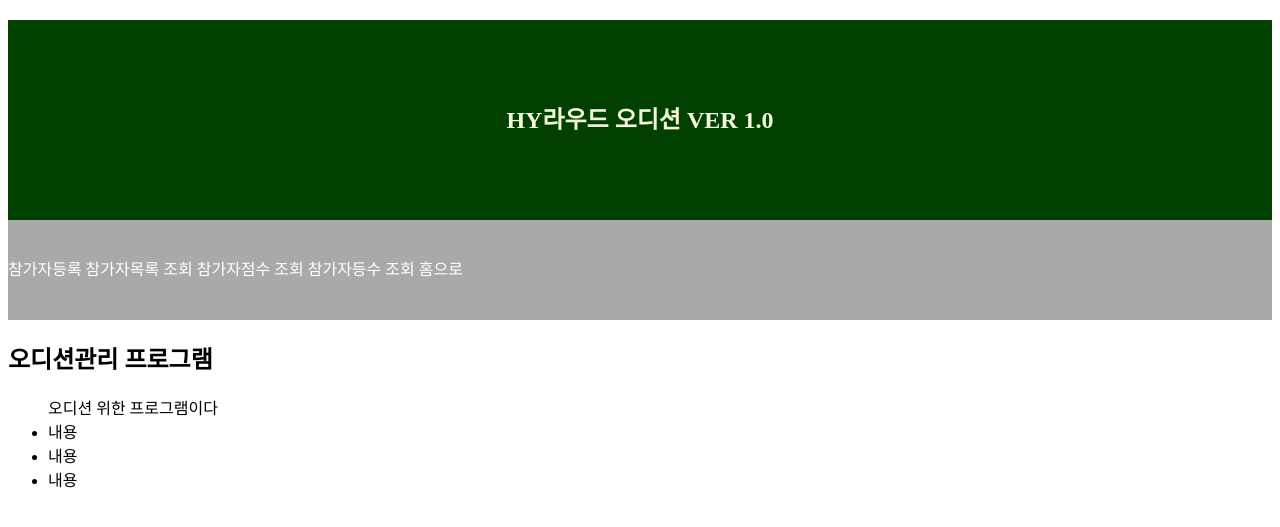
Repository: mvcfvsgdj/javaee
Page: http://localhost/prj0828/HY라우드.jsp
An editor plug-in stored every save of this project. The page is shown before and after the next save, followed by the edit.
The browser window is 1280 px wide. The pictures show the whole page.
The page is served by Tomcat 9.

Above is the page before, as saved 2023-08-28 08:23:24.

After the next save:
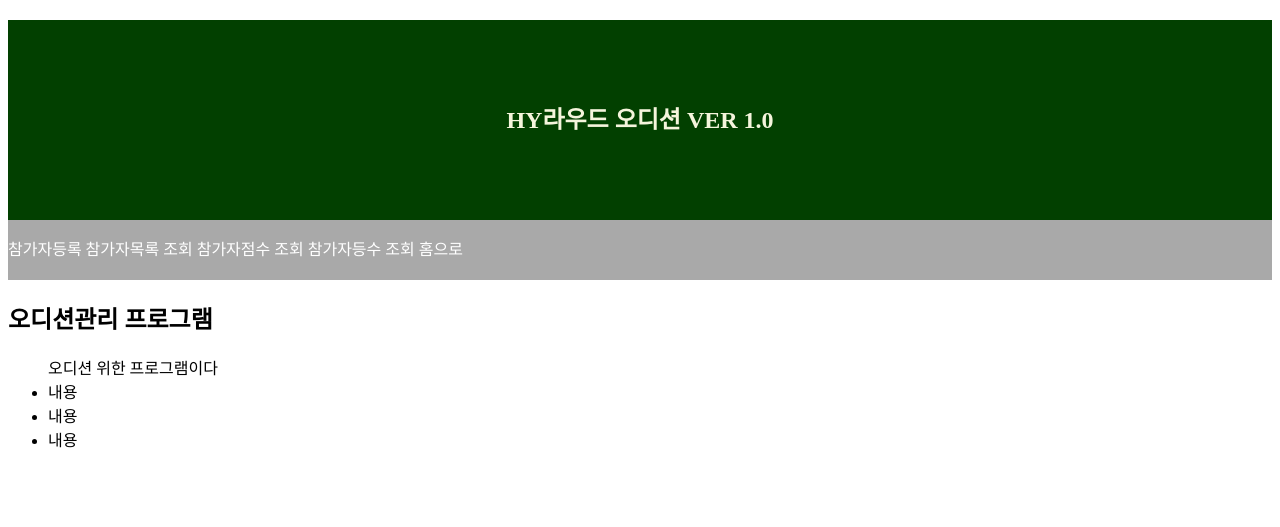
Saved 19 s later.
--- a/prj0828/src/main/webapp/css/HY라우드.css
+++ b/prj0828/src/main/webapp/css/HY라우드.css
@@ -11,9 +11,9 @@ header{
 nav{
 	background-color: darkgray;
 	color: white;
-	height: 100px;
+	height: 60px;
 	margin: 0 auto;
-	line-height: 100px;
+	line-height: 60px;
 
 
 }
